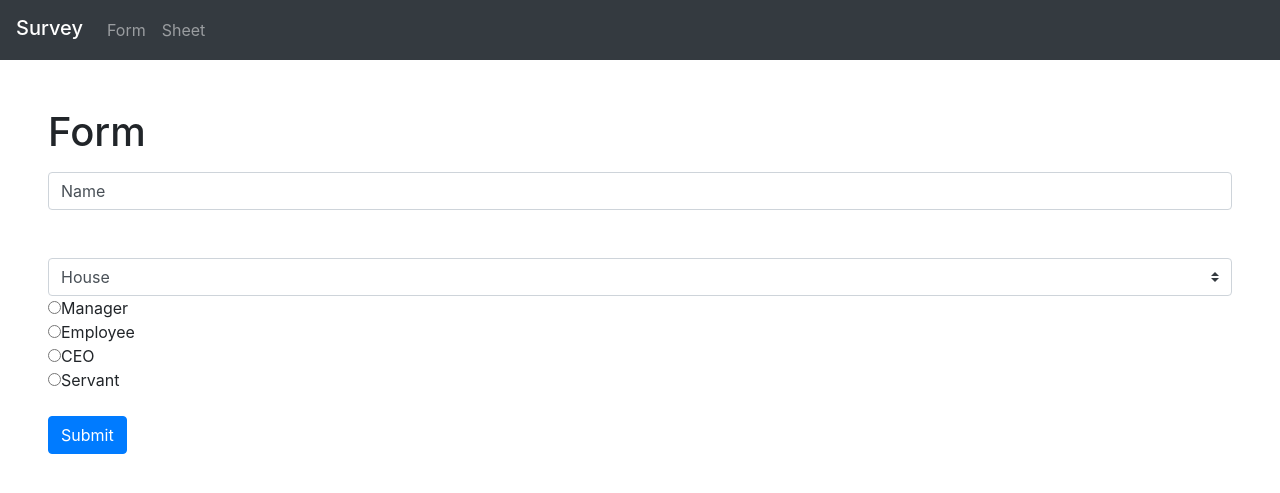
Repository: bahgaat/cs50
Page: http://localhost/form
The author's editor kept a record of every edit. The page is drawn from the files as they stood at one moment, then again after the next edit.
The browser window is 1280 px wide. The pictures show the whole page.
The page is served by the project's application, run on Flask 3 (pset7/survey/application.py).

Above is the page before.

After the next edit:
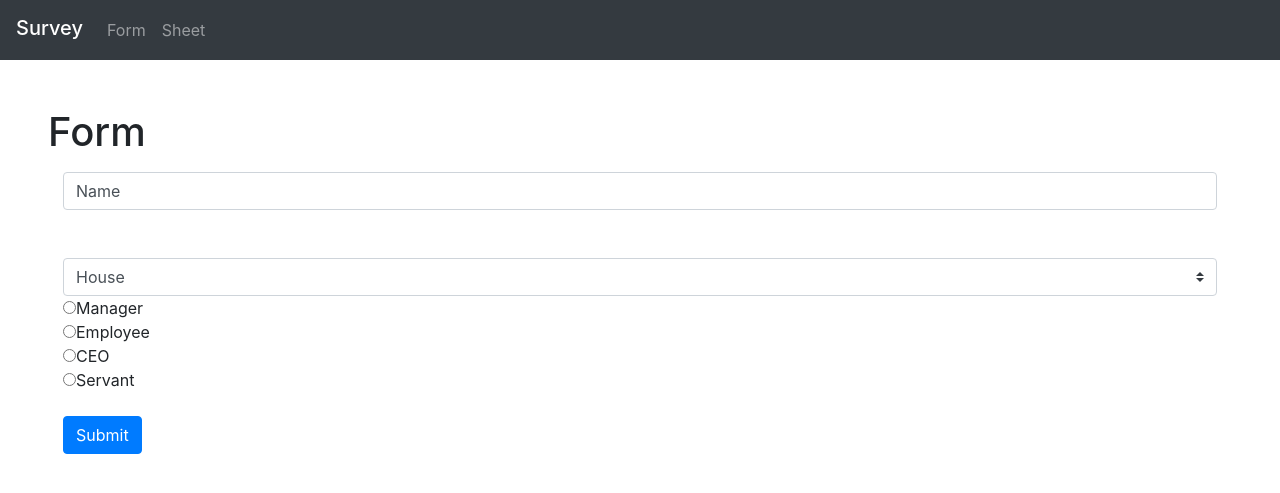
The edit:
--- a/environment/pset7/survey/templates/form.html
+++ b/environment/pset7/survey/templates/form.html
@@ -7,6 +7,7 @@
 
     <!-- http://getbootstrap.com/docs/4.1/components/forms/ -->
     <form onsubmit="return validation()"; action="/form" method="post">
+      <div class="col-auto my-1">
 
         <input id="name" type="text" class="form-control" name="name" value="Name"><br><br>
         <label class="mr-sm-2 sr-only" for="inlineFormCustomSelect"></label>
